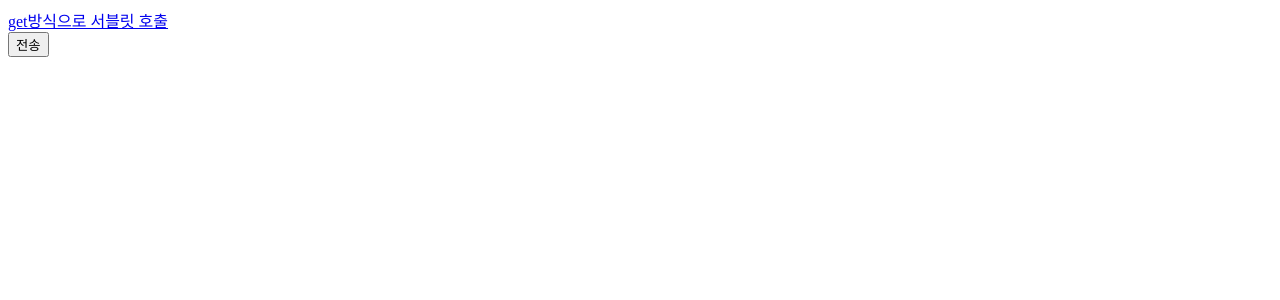
Repository: UnibusK/Java-Study
Page: http://localhost/JSP33/
The author's editor kept a copy of each file at every save. The page is drawn from the files as they stood at one save, then again after the next save.
The browser window is 1280 px wide. The pictures show the whole page.
The page is served by Tomcat 9. Other server files are loaded and not shown.

Above is the page before, as saved 2023-12-08 06:21:29.

### JSP/JSP33/src/main/webapp/index.jsp
<%@ page language="java" contentType="text/html; charset=UTF-8"
    pageEncoding="UTF-8"%>
<%@ taglib uri="http://java.sun.com/jsp/jstl/core" prefix="c" %>
<!DOCTYPE html>
<html>
	<head>
		<meta charset="UTF-8">
		<title>서블릿 이용</title>
	</head>
	<body>
		<!-- html 겉에 레이아웃을 입혀서 보이게 하는 형태 : 서블릿 -->

		<!-- a태그는 get 방식 -->
		<a href="AAA">get방식으로 서블릿 호출</a>

		<!-- post 방식으로 전달 -->
		<form method="post" action="AAA">
			<input type="submit" value="전송">
		</form>
	</body>
</html>

After the next save:
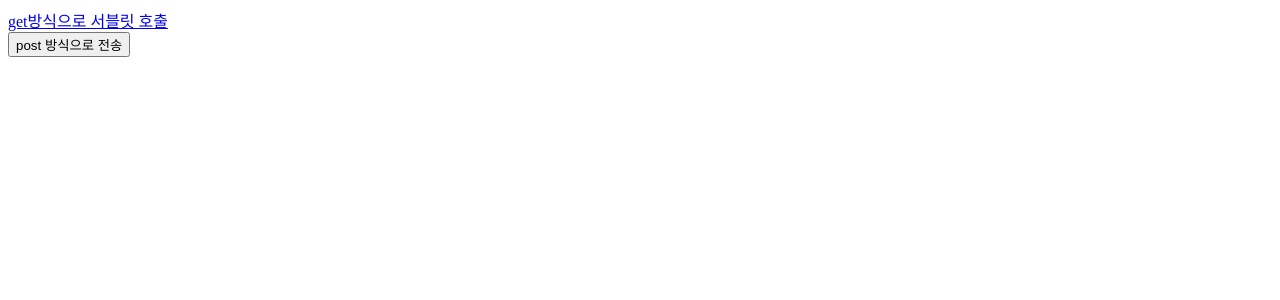
Saved 2 min 3 s later.
--- a/JSP/JSP33/src/main/webapp/index.jsp
+++ b/JSP/JSP33/src/main/webapp/index.jsp
@@ -15,7 +15,7 @@
 
 		<!-- post 방식으로 전달 -->
 		<form method="post" action="AAA">
-			<input type="submit" value="전송">
+			<input type="submit" value="post 방식으로 전송">
 		</form>
 	</body>
 </html>
